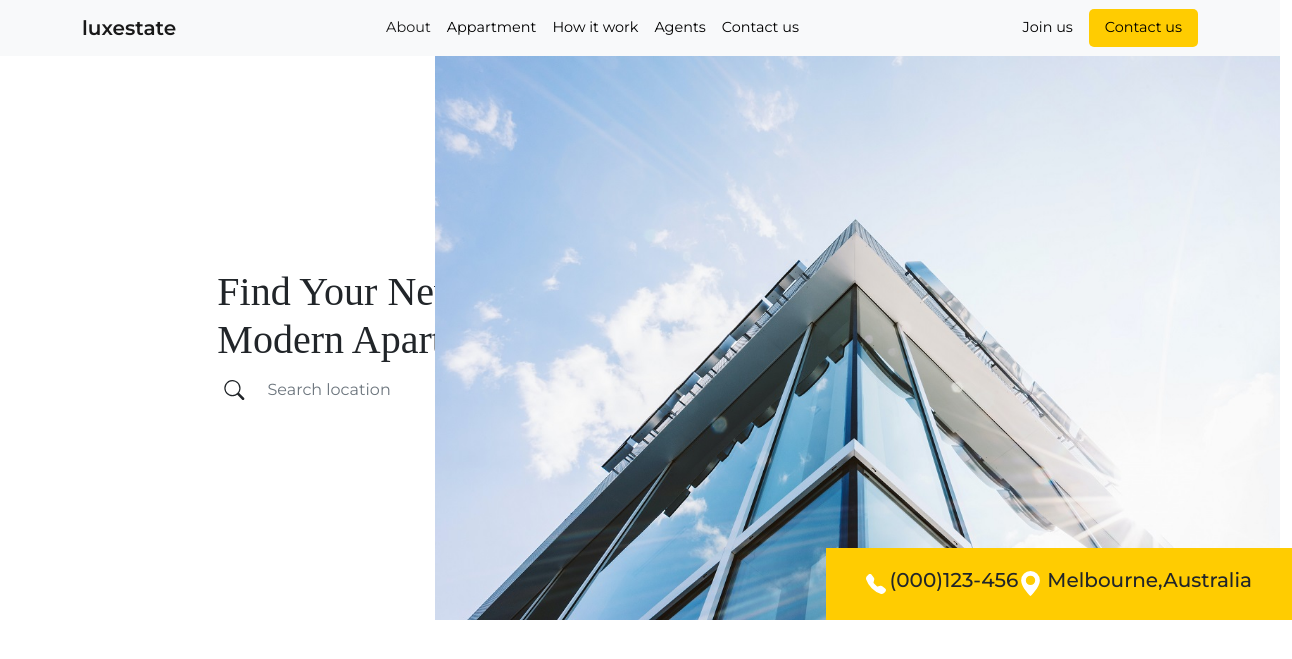
Repository: Toqa-25/luxstate
Page: index.html
The author's editor kept a copy of each file at every save. The page is drawn from the files as they stood at one save, then again after the next save.
The browser window is 1280 px wide. The page is 1292 px wide, so the pictures cover 1292 px, including what lies to the right of the window. The pictures show the whole page.

Above is the page before, as saved 2021-06-08 00:23:09.

After the next save:
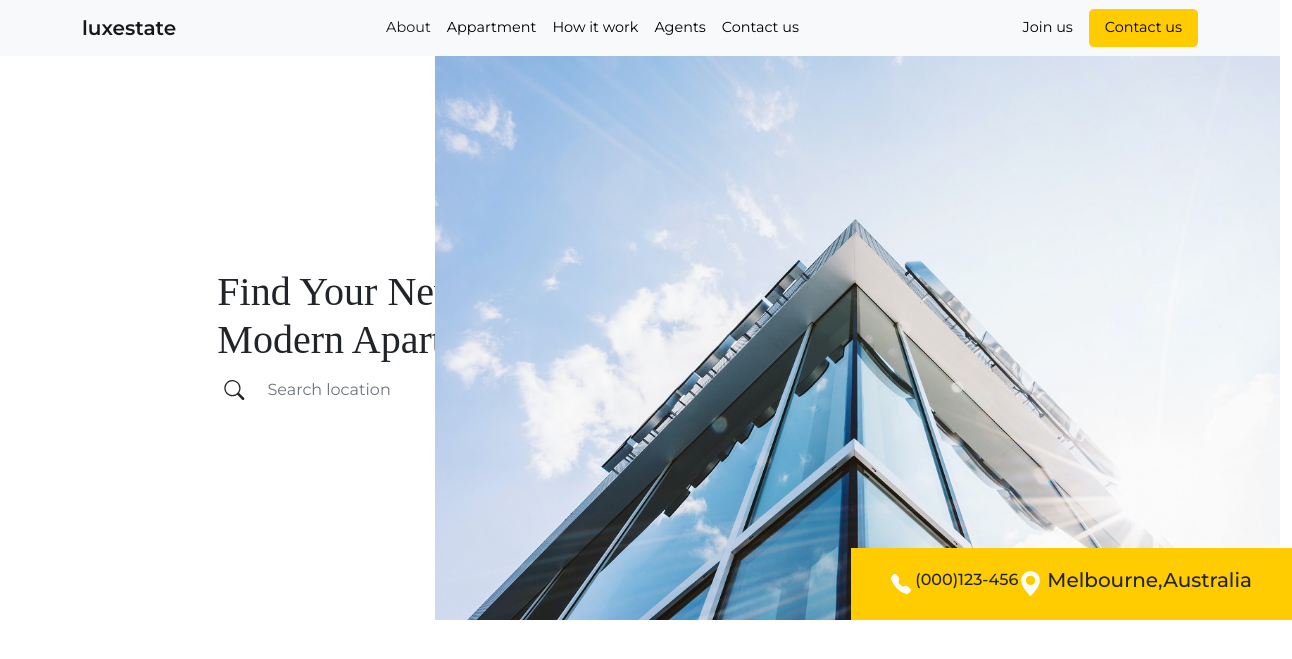
Saved 67 s later.
--- a/index.html
+++ b/index.html
@@ -66,7 +66,7 @@
           <svg xmlns="http://www.w3.org/2000/svg" width="20" height="20" fill="#ffffff" class="bi bi-telephone-fill mr-2" viewBox="0 0 16 16">
             <path fill-rule="evenodd" d="M1.885.511a1.745 1.745 0 0 1 2.61.163L6.29 2.98c.329.423.445.974.315 1.494l-.547 2.19a.678.678 0 0 0 .178.643l2.457 2.457a.678.678 0 0 0 .644.178l2.189-.547a1.745 1.745 0 0 1 1.494.315l2.306 1.794c.829.645.905 1.87.163 2.611l-1.034 1.034c-.74.74-1.846 1.065-2.877.702a18.634 18.634 0 0 1-7.01-4.42 18.634 18.634 0 0 1-4.42-7.009c-.362-1.03-.037-2.137.703-2.877L1.885.511z"/>
           </svg>
-          <h5>(000)123-456</h5>
+          <h6>(000)123-456</h5>
         </div>
         <div class="down-svg d-flex">
           <svg xmlns="http://www.w3.org/2000/svg" width="25" height="25" fill="#ffffff" class="bi bi-geo-alt-fill mr-2" viewBox="0 0 16 16">
